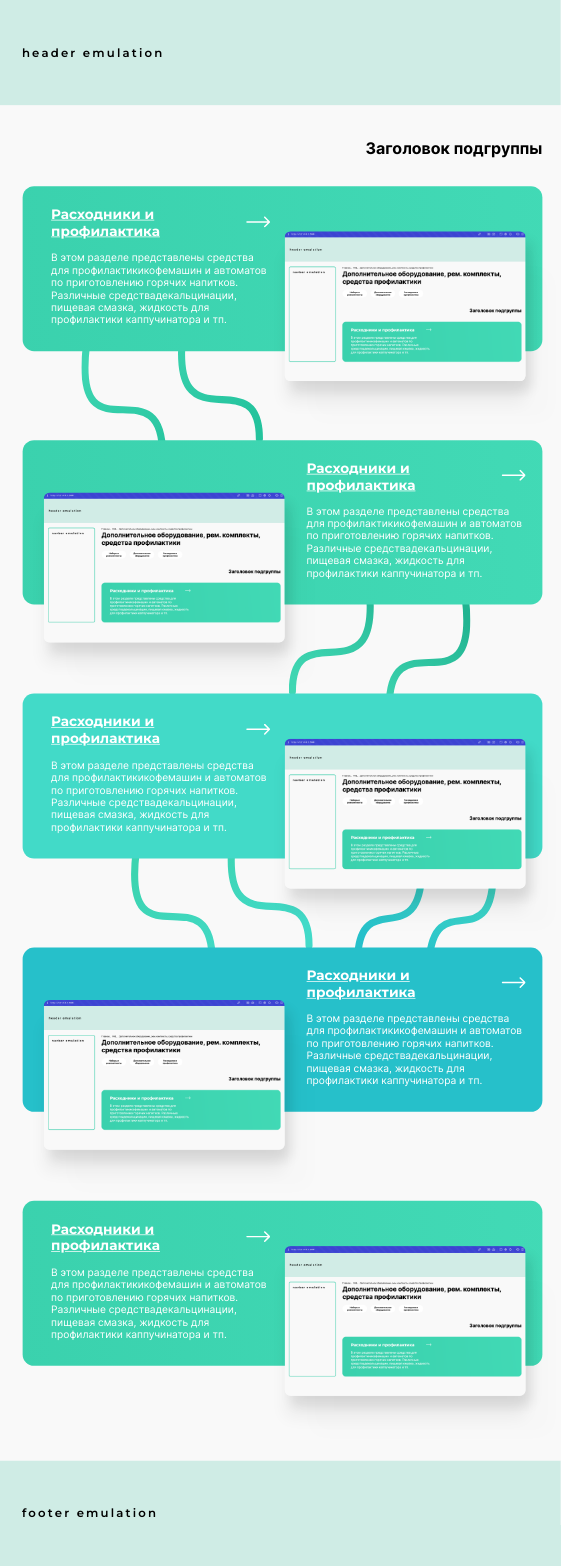
Repository: axonde/venpart-faq-pages
Page: index.html
These files come from the project's save history. The page is drawn as it stood at one moment and after the next save; the edit follows.
The browser window is 768 px wide. The pictures show the whole page, at 73% of full size.

Above is the page before, as saved 2024-02-28 20:12:19.

After the next save:
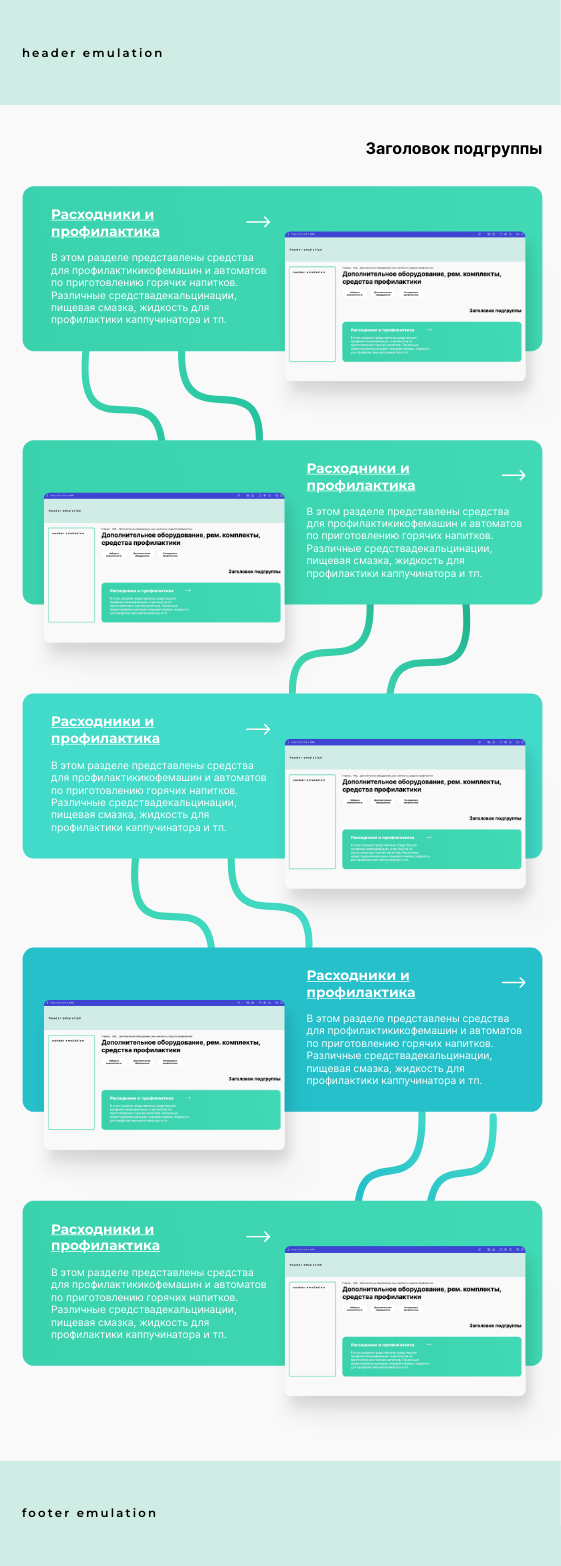
Saved 6 s later.
--- a/style.css
+++ b/style.css
@@ -657,7 +657,7 @@ scrollbar-width: none; /* Firefox */}
     left: 27px;}
 	.faq__item:nth-child(2n)::after {right: 45px;}
 	.faq__item:nth-child(3n)::after {left: 95px;}
-	.faq__item:nth-child(4n)::after {left: initial; right: 20px; top: -180px;}
+	.faq__item:nth-child(4n)::after {left: initial; right: 20px; bottom: -180px;}
 
 		.faq__item--text-wrapper {
 			max-width: 378px;
